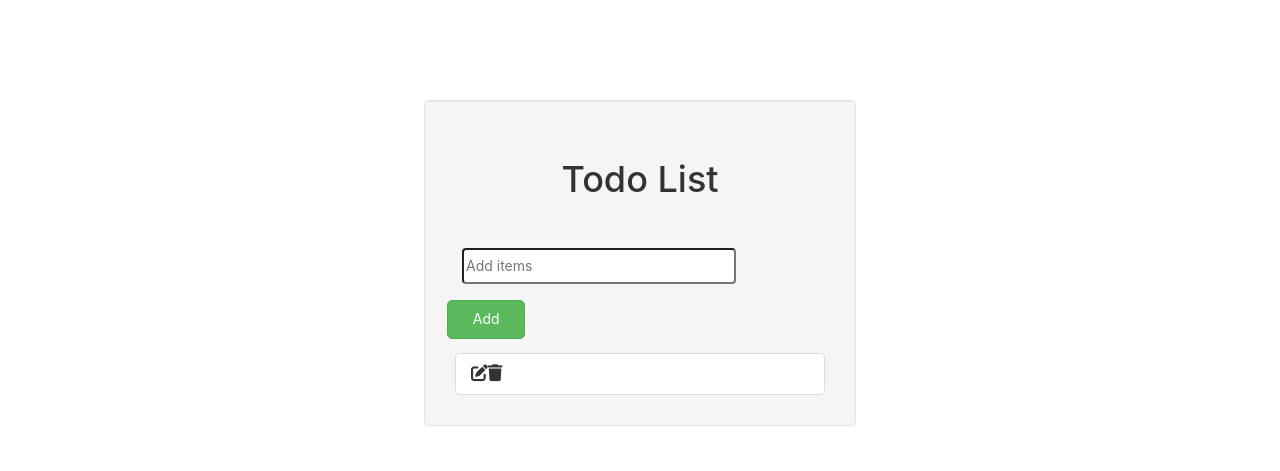
Repository: arpana23/Todo-list
Page: /, after clicking the first element matching `button.btn`
The author's editor kept a copy of each file at every save. The page is drawn from the files as they stood at one save, then again after the next save.
The browser window is 1280 px wide. The pictures show the whole page.
Some web libraries are served in a nearby version. The project was rebuilt for these pictures with package versions that can differ from the ones it lists, and the page was loaded fresh each time.

Above is the page before, as saved 2021-04-14 18:44:26.

### public/index.html
<!DOCTYPE html>
<html lang="en">
  <head>
    <meta charset="utf-8" />
    <link rel="icon" href="%PUBLIC_URL%/favicon.ico" />
    <meta name="viewport" content="width=device-width, initial-scale=1" />
    <meta name="theme-color" content="#000000" />
    <meta
      name="description"
      content="Web site created using create-react-app"
    />
    <link rel="apple-touch-icon" href="%PUBLIC_URL%/logo192.png" />
    <!--
      manifest.json provides metadata used when your web app is installed on a
      user's mobile device or desktop. See https://developers.google.com/web/fundamentals/web-app-manifest/
    -->
    <script src="https://kit.fontawesome.com/94ade1d1ca.js" crossorigin="anonymous"></script>
    <link rel="manifest" href="%PUBLIC_URL%/manifest.json" />
    <!-- Latest compiled and minified CSS -->
    <link rel="stylesheet" href="https://maxcdn.bootstrapcdn.com/bootstrap/3.4.1/css/bootstrap.min.css">

    <!-- jQuery library -->
    <script src="https://ajax.googleapis.com/ajax/libs/jquery/3.5.1/jquery.min.js"></script>

    <!-- Latest compiled JavaScript -->
    <script src="https://maxcdn.bootstrapcdn.com/bootstrap/3.4.1/js/bootstrap.min.js"></script>
    <!--
      Notice the use of %PUBLIC_URL% in the tags above.
      It will be replaced with the URL of the `public` folder during the build.
      Only files inside the `public` folder can be referenced from the HTML.

      Unlike "/favicon.ico" or "favicon.ico", "%PUBLIC_URL%/favicon.ico" will
      work correctly both with client-side routing and a non-root public URL.
      Learn how to configure a non-root public URL by running `npm run build`.
    -->
    <title>React App</title>
  </head>
  <body>
    <noscript>You need to enable JavaScript to run this app.</noscript>
    <div id="root"></div>
    <!--
      This HTML file is a template.
      If you open it directly in the browser, you will see an empty page.

      You can add webfonts, meta tags, or analytics to this file.
      The build step will place the bundled scripts into the <body> tag.

      To begin the development, run `npm start` or `yarn start`.
      To create a production bundle, use `npm run build` or `yarn build`.
    -->
  </body>
</html>

### src/App.js
import React, { useState } from 'react';
import Todolist from './Todolist';
import './App.css';

const App = () => {


  const [inputItem , setInputItem] = useState("");
  const [itemList , setItemList] = useState([]);

  const handleChange = (e) => {
    setInputItem(e.target.value);
  }

  const addItems = (e) => {
    e.preventDefault();
    setItemList((olditems) => {
      return [...olditems, inputItem];
    });
    setInputItem("");
  }

  const updateItem = (id) => {
    let item =  itemList.map((olditems,index,data) => {
      if(index === id) {
        setInputItem(data.splice(index,1));
        olditems = !olditems;
      }
      return [olditems];
      }
    )
    return item;
  }

  const deleteItem = (id) => {
    setItemList((olditems) => {
      return olditems.filter((arrElement,index) => {
        return index !== id;
        // if(index !== id) {
        //   return [...arrElement];
        // }
      })
    })
  }


 return (
  <>
    <div className="main-container">
      <div className="flex-container">
        <div className="well">
          <br />
            <h1 className="title text-center">Todo List</h1>
          <br />
          <div>
            <input type="text" className="addInput" placeholder="Add items" value={inputItem} onChange={handleChange}/>
            <button type="submit" className={`btn text-center ${setInputItem !== '' ? 'btn-success' : 'btn-success text-blur'}`}   onClick={addItems}> Add </button>
            <ul className="list-group">
              {
                itemList.map((data,index) => {
                  return <Todolist
                  key= {index}
                  id= {index}
                  list= {data}
                  onEdit= {updateItem}
                  onSelect= {deleteItem}
                  />
                })
              }
            </ul>
          </div>
        </div>
      </div>
    </div>

  </>
 )
}

export default App;

### src/Todolist.js
import React from 'react';



const Todolist = (props) => {


    return (
        <>
            <div className="mylist">
                <li className="list-group-item"> {props.list}
                    <span>
                        <i className="fas fa-edit"  onClick={() => {props.onEdit(props.id)}}></i>
                        <i className="fas fa-trash" onClick={() => {props.onSelect(props.id)}}></i>
                    </span>
                </li>
            </div>
        </>
    )
}

export default Todolist;

### src/App.css
.App {
  text-align: center;
}

.main-container {
  display: flex;
  flex-direction: column;
  justify-content: center;
}

.flex-container {
  display: flex;
  flex-direction: column;
  align-items: center;
  margin: 100px;
}

.well {
  /* background-color: black; */
  width: 40%;
}

.addInput {
  margin: 18px;
  width: 70%;
  height: 5vh;
  border-radius: 4px;
  /* margin-left: 4px; */
}

.btn {
  margin: 3px;
  width: 20%;
  height: 5.5vh;
  border-radius: 5px;
  margin-top: -2px;
}

.list-group {
  margin: 11px;
}

.mylist {
  /* border: 1px solid black; */
  margin-top: 10px;
  margin-bottom: 10px;
  text-align: justify;
  /* border-radius: 7px; */
}

.list-group-item {
  word-wrap: break-word;
}

.fas {
    font-size: larger;
  /* margin: 3px; */
  /* width: 20%; */
  /* height: 1.5vh; */
  /* border-radius: 5px; */
  /* margin-top: -2px; */
}

Loaded but not shown: src/index.js (common file); src/index.css (common file); src/reportWebVitals.js (common file)

After the next save:
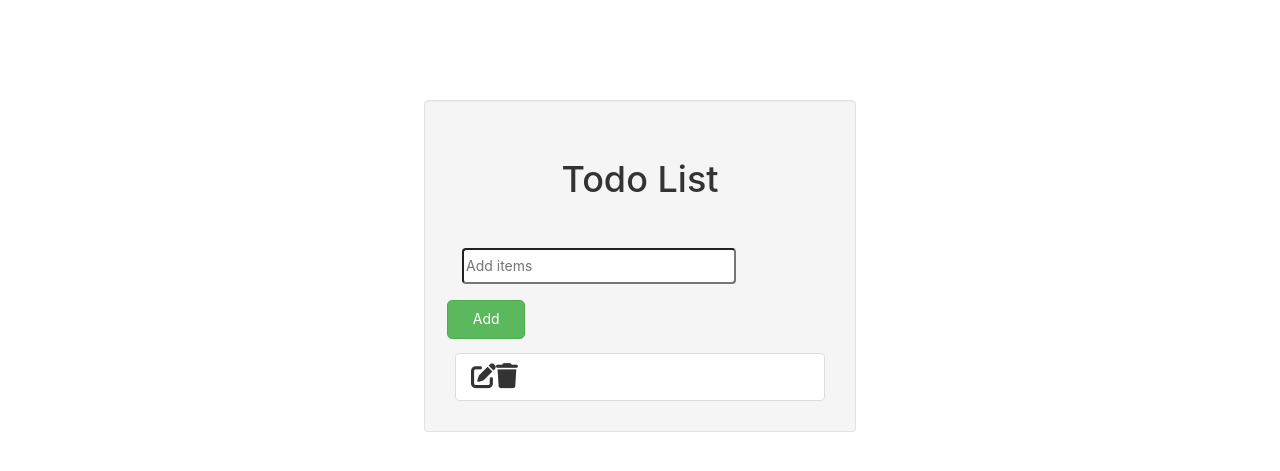
Saved 23 s later.
--- a/src/App.css
+++ b/src/App.css
@@ -53,7 +53,7 @@
 }
 
 .fas {
-    font-size: larger;
+    font-size: 25px;
   /* margin: 3px; */
   /* width: 20%; */
   /* height: 1.5vh; */
